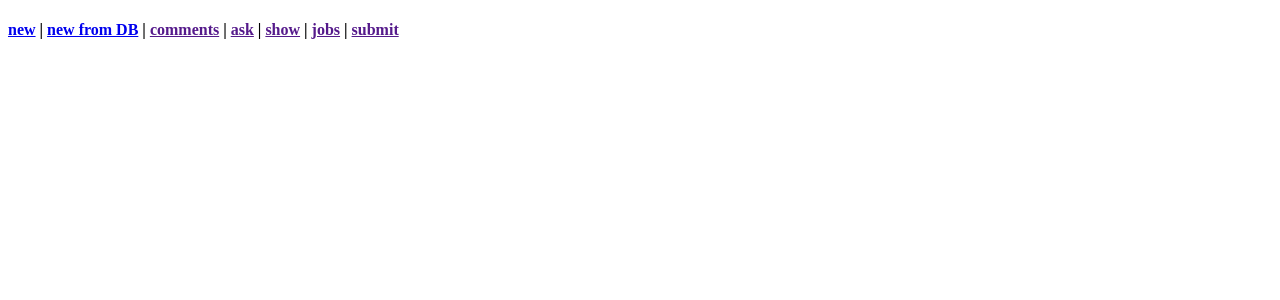
Repository: akshatmaheshwar/HackerNews-Clone
Page: http://localhost/HackerNews/dbnewest
The author's editor kept a copy of each file at every save. The page is drawn from the files as they stood at one save, then again after the next save.
The browser window is 1280 px wide. The pictures show the whole page.
The page is served by Tomcat 10. Other server files are loaded and not shown. Queries for data that is not in the repository find no rows.

Above is the page before, as saved 2023-10-10 18:54:59.

### HackerNews/src/main/webapp/newest.jsp
<%@ page language="java" contentType="text/html; charset=ISO-8859-1"
    pageEncoding="ISO-8859-1"%>
    <%@ page import="java.util.ArrayList" %>
    <%@ page import="java.util.Iterator" %>
    <%@ page import="java.net.URI" %>
    <%@ page import="com.example.newest.Posts" %>
<!DOCTYPE html>
<html>
<head>
<meta charset="ISO-8859-1">
<title>Hacker News</title>
</head>
<body>
<%!
String timeDiff(Long timeStamp){
	long epoch = System.currentTimeMillis()/1000;
	long difference = epoch - timeStamp;
	if(difference/86400>0)return (difference/86400) + " days ago";
	if(difference/3600>0) return (difference/3600) + " hours ago";
	if (difference/60>0) return (difference/60) + " minutes ago";
	return (difference) + " seconds ago";
}
String getDomainName(String url){
	URI uri;
	try{
		uri = new URI(url);
		return "(" + uri.getHost() + ")";
	}catch(Exception e){
		System.out.println(e);
	}
	return "";
}
%>
<h4> <a href ="newest">new</a>&nbsp;|&nbsp;<a href ="dbnewest">new from DB</a>&nbsp;|&nbsp;<a href ="">comments</a>&nbsp;|&nbsp;<a href ="">ask</a>&nbsp;|&nbsp;<a href ="">show</a>&nbsp;|&nbsp;<a href ="">jobs</a>&nbsp;|&nbsp;<a href ="">submit</a></h4>
<ol>
     <%
    ArrayList<Posts> postList = (ArrayList<Posts>)request.getAttribute("postList");

    if (postList != null) {
        Iterator<Posts> iterator = postList.iterator();
        while (iterator.hasNext()) {
            Posts item = iterator.next();
%>
            <li><span><a href ="<%=item.getUrl()%>"><%= item.getTitle() %></a> <%= getDomainName(item.getUrl())%> </span>
            <p><%=item.getScore()%> point &nbsp; Posted by <%=item.getBy() %> &nbsp; <%= timeDiff(item.getTime()) %></p></li>
<%
        }
    }
%>
</ol>
</body>
</html>

### HackerNews/src/main/java/com/example/newest/DBNewestServlet.java
package com.example.newest;

import jakarta.servlet.ServletException;
import jakarta.servlet.annotation.WebServlet;
import jakarta.servlet.http.HttpServlet;
import jakarta.servlet.http.HttpServletRequest;
import jakarta.servlet.http.HttpServletResponse;
import java.io.IOException;
import java.net.URL;
import java.sql.Connection;
import java.sql.DriverManager;
import java.sql.PreparedStatement;
import java.sql.ResultSet;
import java.sql.SQLException;
import java.sql.Statement;
import java.sql.Timestamp;
import java.time.Instant;
import java.util.ArrayList;
import java.util.List;
import java.util.Scanner;

import javax.net.ssl.HttpsURLConnection;

import com.fasterxml.jackson.databind.ObjectMapper;
@WebServlet("/dbnewest")
public class DBNewestServlet extends HttpServlet {
	private static final long serialVersionUID = 1L;

    public DBNewestServlet() {
        super();
        // TODO Auto-generated constructor stub
    }
	protected void doGet(HttpServletRequest request, HttpServletResponse response) throws ServletException, IOException {
	    try {
			Class.forName("com.mysql.cj.jdbc.Driver");
		} catch (ClassNotFoundException e) {
			e.printStackTrace();
		}
	    try(Connection con = DriverManager.getConnection("jdbc:mysql://localhost:3306/HackerNews","root","root")){
	    	Statement st = con.createStatement();
	    	ResultSet rs = st.executeQuery("SELECT * FROM HackerNewsPost ORDER BY time DESC LIMIT 30");
	    	List<Posts> postList = new ArrayList<Posts>();
	    	while(rs.next()) {
	    		Posts post = new Posts();
	    		post.setId(rs.getInt("id"));
	    		post.setBy(rs.getString("posted_by"));
	    		post.setDescendants(rs.getInt("descendants"));
	    		post.setScore(rs.getInt("score"));
	    		post.setText(rs.getString("text"));
	    		post.setTime(rs.getTimestamp("time").getTime());
	    		post.setTitle(rs.getString("title"));
	    		post.setType(rs.getString("type"));
	    		post.setUrl(rs.getString("url"));
	    		postList.add(post);
	    	}
	    	request.setAttribute("postList", postList);
	    }catch(Exception e) {e.printStackTrace();}
        request.getRequestDispatcher("/newest.jsp").forward(request, response);

	}

	protected void doPost(HttpServletRequest request, HttpServletResponse response) throws ServletException, IOException {
		URL urlObj = new URL("https://hacker-news.firebaseio.com/v0/newstories.json?print=pretty");
		HttpsURLConnection connection = (HttpsURLConnection) urlObj.openConnection();
		connection.setRequestMethod("GET");
		int responseCode = connection.getResponseCode();
		if(responseCode == HttpsURLConnection.HTTP_OK) {
			StringBuilder sb = new StringBuilder();
			Scanner sc = new Scanner(connection.getInputStream());
			while(sc.hasNext())sb.append(sc.nextLine());
			sc.close();
			ObjectMapper om = new ObjectMapper();
			@SuppressWarnings("unchecked")
			List<Integer> jsonArr = om.readValue(sb.toString(),List.class);
			List<Posts> postList = new ArrayList<Posts>();
			for(int i=0;i<30;i++) {
				URL urlObj1 = new URL("https://hacker-news.firebaseio.com/v0/item/"+jsonArr.get(i)+".json?print=pretty");
				HttpsURLConnection connection1 = (HttpsURLConnection) urlObj1.openConnection();
				connection1.setRequestMethod("GET");
				int responseCode1 = connection1.getResponseCode();
				if(responseCode1 == HttpsURLConnection.HTTP_OK) {
					StringBuilder sb1 = new StringBuilder();
					Scanner sc1 = new Scanner(connection1.getInputStream());
					while(sc1.hasNext())sb1.append(sc1.nextLine());
					sc1.close();
					ObjectMapper om1 = new ObjectMapper();
					try{Posts post = om1.readValue(sb1.toString(),Posts.class);
					postList.add(post);
					}catch(Exception e) {System.out.println(e);}
				}
			}
			try {
			    Class.forName("com.mysql.cj.jdbc.Driver");
			} catch (ClassNotFoundException e) {
			    e.printStackTrace();
			}
			try(Connection con = DriverManager.getConnection("jdbc:mysql://localhost:3306/HackerNews","root","root")){
				try(PreparedStatement pst = con.prepareStatement("INSERT INTO HackerNewsPost(id,posted_by,descendants,score,text,time,title,type,url) values(?,?,?,?,?,?,?,?,?)")){
					for(Posts post : postList) {
						pst.setInt(1, post.getId());
						pst.setString(2, post.getBy());
						pst.setInt(3, post.getDescendants());
						pst.setInt(4, post.getScore());
						pst.setString(5, post.getText());
						pst.setTimestamp(6, new Timestamp(post.getTime()));
						pst.setString(7,post.getTitle());
						pst.setString(8, post.getType());
						pst.setString(9,post.getUrl());
						pst.executeUpdate();
					}
				}catch(Exception e) {e.printStackTrace();}
			}catch(Exception e) {e.printStackTrace();}
		}
	}

}

After the next save:
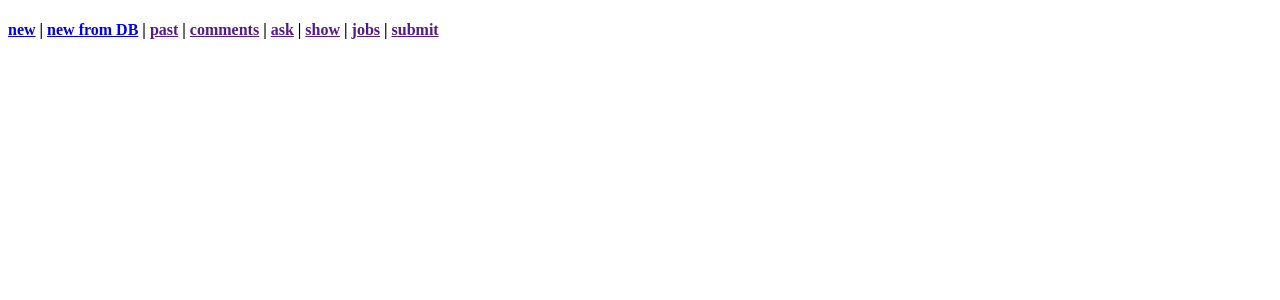
Saved 6 min 33 s later.
--- a/HackerNews/src/main/webapp/newest.jsp
+++ b/HackerNews/src/main/webapp/newest.jsp
@@ -31,7 +31,7 @@ String getDomainName(String url){
 	return "";
 }
 %>
-<h4> <a href ="newest">new</a>&nbsp;|&nbsp;<a href ="dbnewest">new from DB</a>&nbsp;|&nbsp;<a href ="">comments</a>&nbsp;|&nbsp;<a href ="">ask</a>&nbsp;|&nbsp;<a href ="">show</a>&nbsp;|&nbsp;<a href ="">jobs</a>&nbsp;|&nbsp;<a href ="">submit</a></h4>
+<h4> <a href ="newest">new</a>&nbsp;|&nbsp;<a href ="dbnewest">new from DB</a>&nbsp;|&nbsp;<a href ="">past</a>&nbsp;|&nbsp;<a href ="">comments</a>&nbsp;|&nbsp;<a href ="">ask</a>&nbsp;|&nbsp;<a href ="">show</a>&nbsp;|&nbsp;<a href ="">jobs</a>&nbsp;|&nbsp;<a href ="">submit</a></h4>
 <ol>
      <%
     ArrayList<Posts> postList = (ArrayList<Posts>)request.getAttribute("postList");
